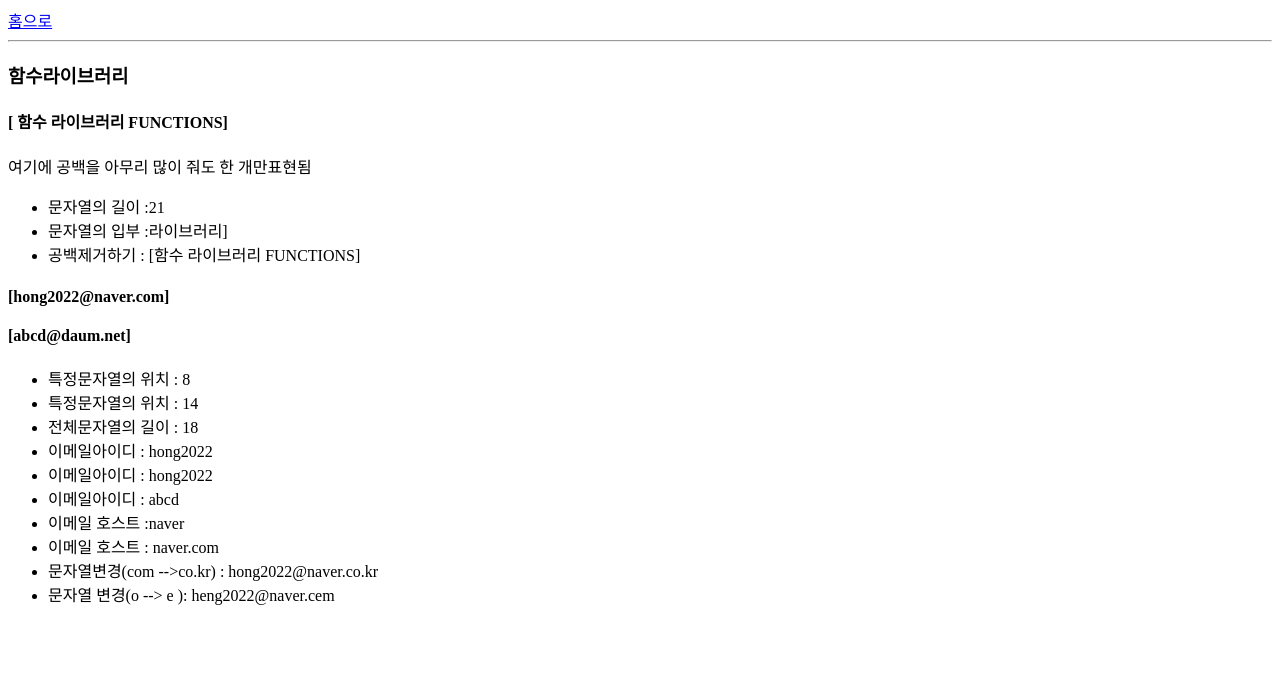
Repository: hyewoon/web
Page: http://localhost/servlet04/jstl/functions.jsp
These files come from the project's save history. The page is drawn as it stood at one moment and after the next save; the edit follows.
The browser window is 1280 px wide. The pictures show the whole page.
The page is served by Tomcat 9.

Above is the page before, as saved 2022-11-18 08:16:39.

After the next save:
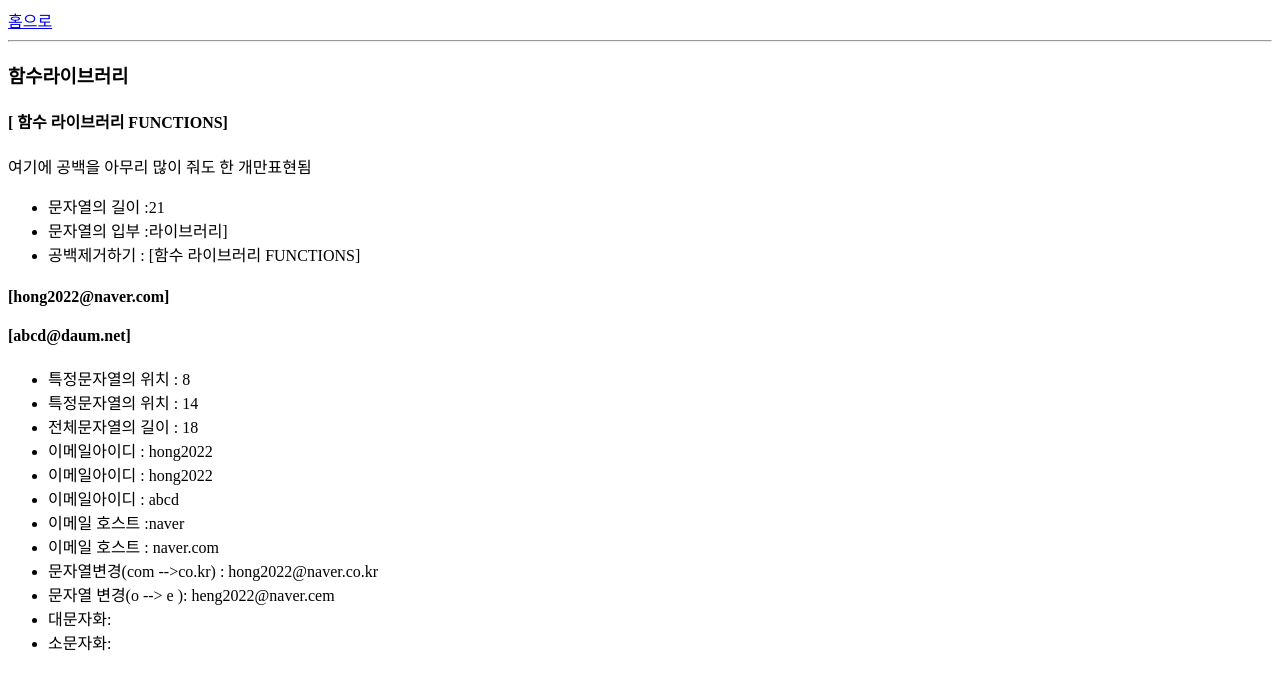
Saved 100 s later.
--- a/servlet04/src/main/webapp/jstl/functions.jsp
+++ b/servlet04/src/main/webapp/jstl/functions.jsp
@@ -47,7 +47,8 @@
 	<li>문자열변경(com -->co.kr) : ${fn:replace(email,'com', 'co.kr' ) }</li>
 	<!--실제 데이터가 변경된 것은 아니고 출력상에서만 변경  -->
 	<li>문자열 변경(o --> e ): ${fn:replace(email, 'o', 'e') }</li>
-
+	<li>대문자화: </li>
+	<li>소문자화: </li>
 </ul>
 
 
